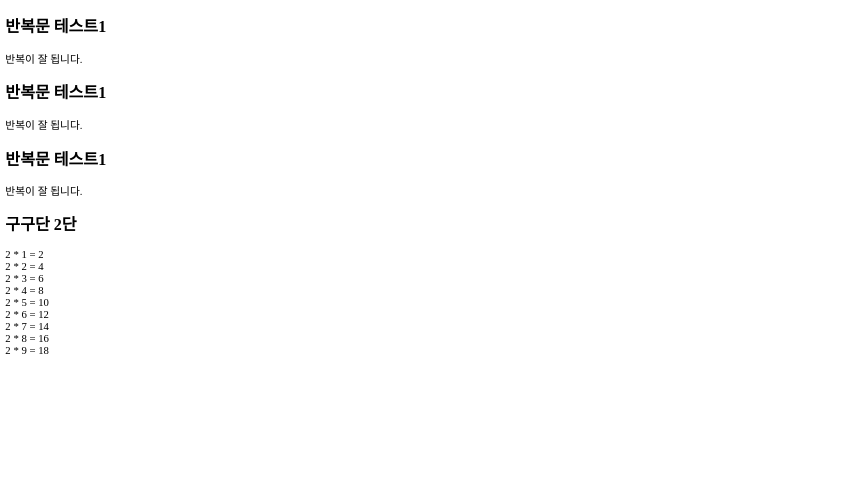
Repository: markahn02050/jsp_practice
Page: http://localhost/JSPBasic/JspTag/NewFile.jsp
These files come from the project's save history. The page is drawn as it stood at one moment and after the next save; the edit follows.
The browser window is 1280 px wide. The pictures show the whole page, at 67% of full size.
The page is served by Tomcat 9.

Above is the page before, as saved 2022-01-28 02:37:33.

### JSPBasic/src/main/webapp/JspTag/NewFile.jsp
<%@ page language="java" contentType="text/html; charset=UTF-8"
    pageEncoding="UTF-8"%>
<!DOCTYPE html>
<html>
<head>
<meta charset="UTF-8">
<title>Insert title here</title>
</head>
<body>
	<!--  스크립트릿 내부에는 자바 코드를 작성할 수 있으며
	이 코드를 반영해 페이지가 구성됩니다. -->
	<% for(int i = 0; i < 3; i++){ %>
		<h2>반복문 테스트1</h2>
		<p>
			반복이 잘 됩니다.
		</p>
	<% } %>

	<!--  하단에 구구단 코드를 작성해주세요.
	System.out.println() 이 괄호 내 구문을 콘솔에 찍히게 해줬다면
	out.println()은 html화면에 괄호 내 구문을 콘솔에 찍히게 해줍니다-->
	<h2>구구단 2단</h2>
	<% for(int i = 1; i <= 9; i++){

		out.println(2 + " * " + i + " = " + 2 * i + "<br/>");

		} %>

</body>
</html>

After the next save:
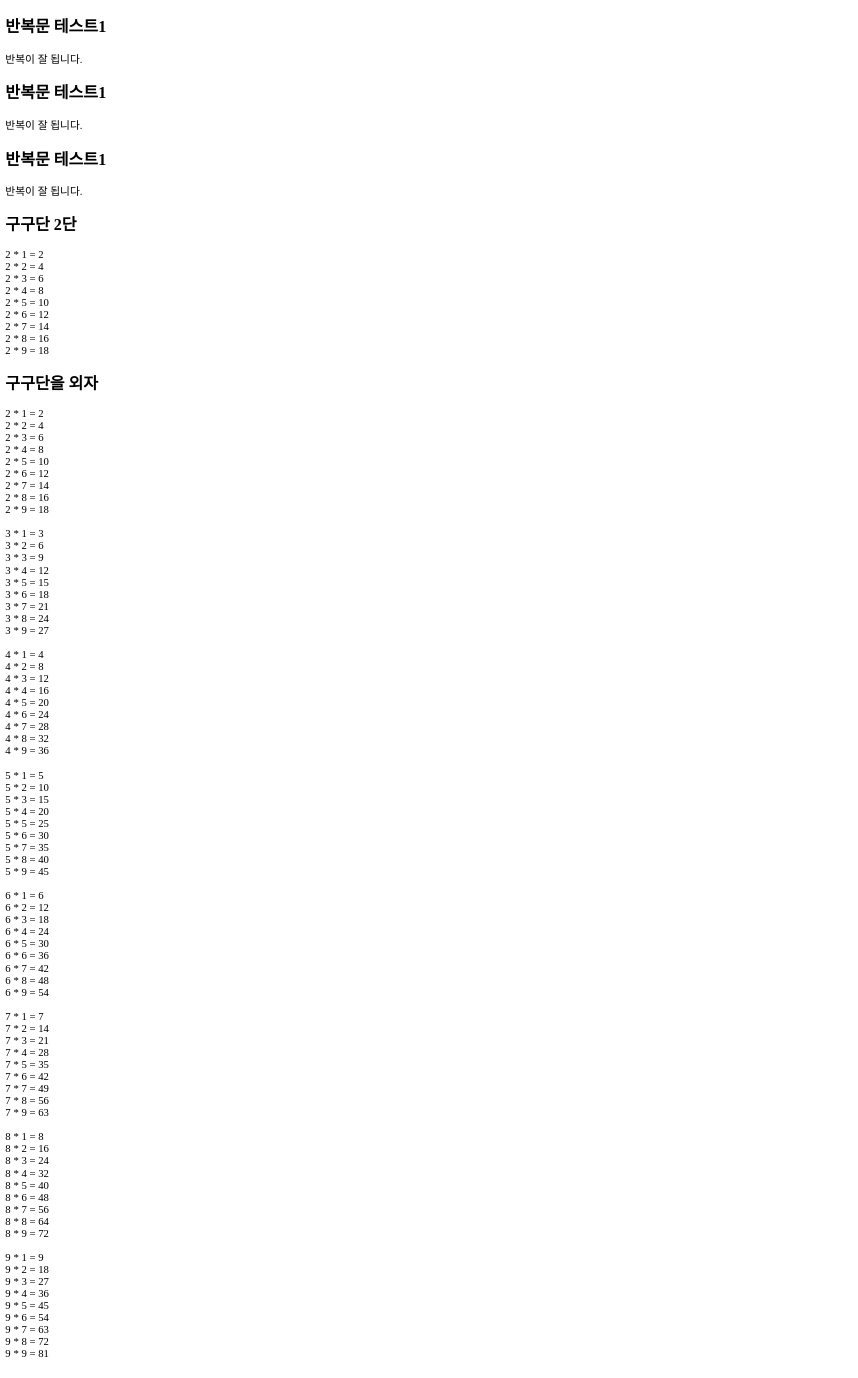
Saved 9 min 41 s later.
--- a/JSPBasic/src/main/webapp/JspTag/NewFile.jsp
+++ b/JSPBasic/src/main/webapp/JspTag/NewFile.jsp
@@ -26,5 +26,20 @@
 
 		} %>
 
+	<h2>구구단을 외자</h2>
+	<% for(int i = 2; i <= 9; i++){
+
+		for(int j = 1; j <= 9; j++){
+
+			out.println(i + " * " + j + " = " + i * j + "<br/>");
+
+		}
+
+		out.println("<br/>");
+
+	}
+
+	%>
+
 </body>
 </html>
